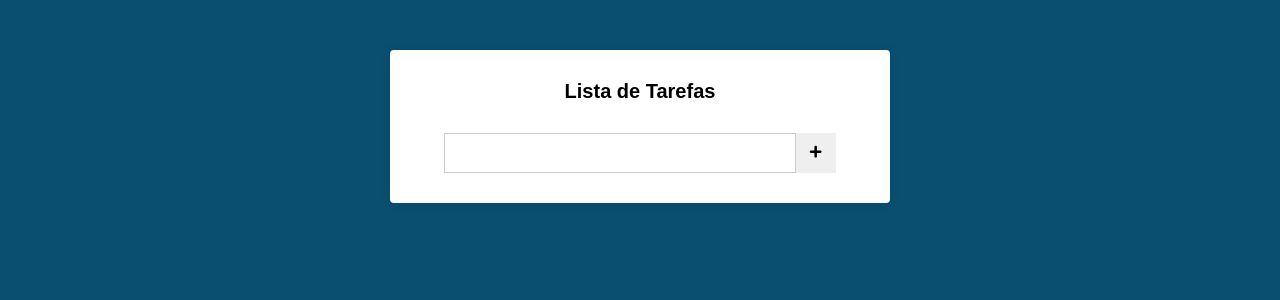
Repository: FellipeMiguel/lista-de-tarefas
Page: /
The author's editor kept a copy of each file at every save. The page is drawn from the files as they stood at one save, then again after the next save.
The browser window is 1280 px wide. The pictures show the whole page.
The project was rebuilt for these pictures with package versions that can differ from the ones it lists, and the page was loaded fresh each time.

Above is the page before, as saved 2023-06-14 23:31:00.

### src/index.js
import React from "react"
import ReactDOM from "react-dom/client"

import App from "./App"

const root = ReactDOM.createRoot(document.getElementById("root"))
root.render(
  <React.StrictMode>
    <App />
  </React.StrictMode>,
)

### src/App.js
import Main from './components/Main'
import './App.css'

function App() {
  return <Main />
}

export default App

### src/components/Main.js
import React, { Component } from 'react'

// Form
import { FaPlus } from 'react-icons/fa'

import './Main.css'

export default class Main extends Component {
  state = {
    newTask: '',
  }

  handleChange = (e) => {
    this.setState({ newTask: e.target.value })
  }

  render() {
    // const { newTask } = this.state

    return (
      <div className="main">
        <h1>Lista de Tarefas</h1>

        <form action="#" className="form">
          <input onChange={this.handleChange} type="text" />
          <button type="submit">
            <FaPlus />
          </button>
        </form>
      </div>
    )
  }
}

### src/components/Main.css
.main {
  background: #fff;
  padding: 30px;
  margin: 50px auto;
  max-width: 500px;
  border-radius: 4px;
  box-shadow: 0 0 10px rgba(0, 0, 0, 0.1);
}

.main h1 {
  font-size: 20px;
  text-align: center;
}

.form {
  margin-top: 30px;
  display: flex;
  align-items: center;
  justify-content: center;
}

.form input[type="text"] {
  height: 40px;
  padding: 0 20px;
  font-size: 20px;
  border: 1px solid #ccc;
  min-width: 80%;
}

.form button[type="submit"] {
  border: none;
  height: 40px;
  width: 40px;
}

Loaded but not shown: public/index.html (common file); src/App.css (common file)

After the next save:
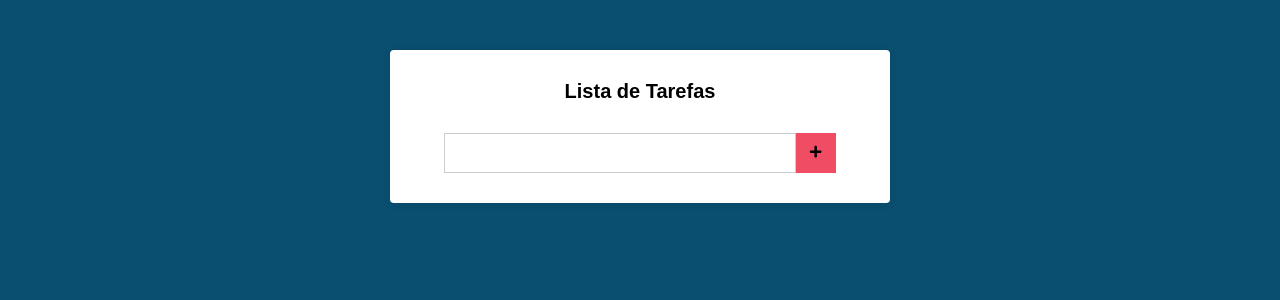
Saved 36 s later.
--- a/src/components/Main.css
+++ b/src/components/Main.css
@@ -31,4 +31,5 @@
   border: none;
   height: 40px;
   width: 40px;
+  background: #f04c64;
 }
